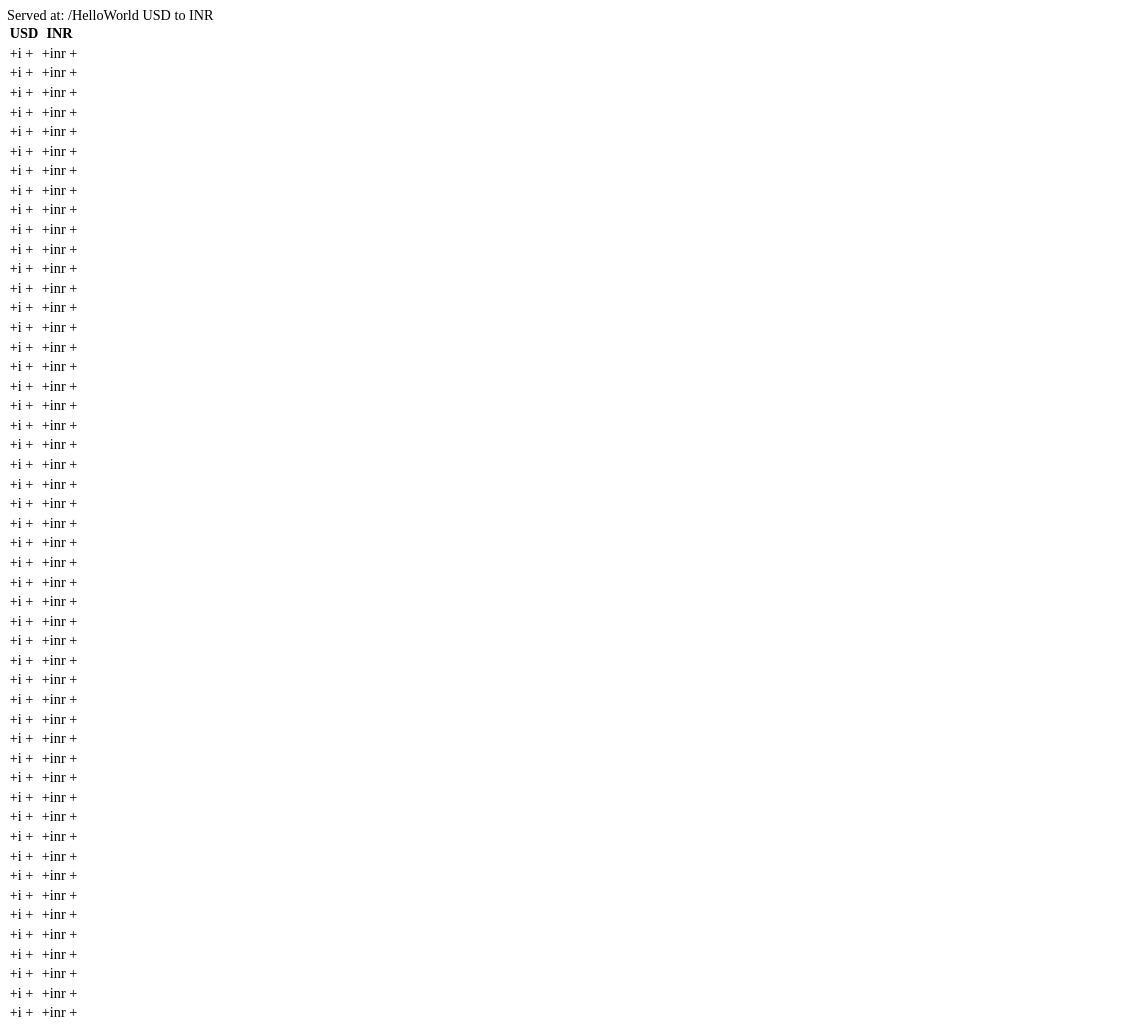
Repository: ajlazy/Day10
Page: http://localhost/HelloWorld/CurrencyConverterServlet
An editor plug-in stored every save of this project. The page is shown before and after the next save, followed by the edit.
The browser window is 1280 px wide. The pictures show the whole page, at 89% of full size.
The page is served by Tomcat 9. Other server files are loaded and not shown.

Above is the page before, as saved 2018-09-06 04:39:56.

### HelloWorld/src/com/capgemini/controller/CurrencyConverterServlet.java
package com.capgemini.controller;

import java.io.IOException;
import java.io.PrintWriter;

import javax.servlet.ServletException;
import javax.servlet.annotation.WebServlet;
import javax.servlet.http.HttpServlet;
import javax.servlet.http.HttpServletRequest;
import javax.servlet.http.HttpServletResponse;

/**
 * Servlet implementation class CurrencyConverterServlet
 */
@WebServlet("/CurrencyConverterServlet")
public class CurrencyConverterServlet extends HttpServlet {
	private static final long serialVersionUID = 1L;

    /**
     * @see HttpServlet#HttpServlet()
     */
    public CurrencyConverterServlet() {
        super();
        // TODO Auto-generated constructor stub
    }
    double inr,usd;

	/**
	 * @see HttpServlet#doGet(HttpServletRequest request, HttpServletResponse response)
	 */
	protected void doGet(HttpServletRequest request, HttpServletResponse response) throws ServletException, IOException {
		response.getWriter().append("Served at: ").append(request.getContextPath());
		response.setContentType("text/html");
		PrintWriter writer=response.getWriter();
        writer.println(" USD to INR");
        writer.println("<table><tr><th>USD</th><th>INR</th></tr>");
        for(int i=1;i<=50;i++)
        {
        	inr=45*i;
        	writer.println("<tr><td> +i +</td><td> +inr +</td></tr>");

        }
        writer.println("</table");



	}



	}

After the next save:
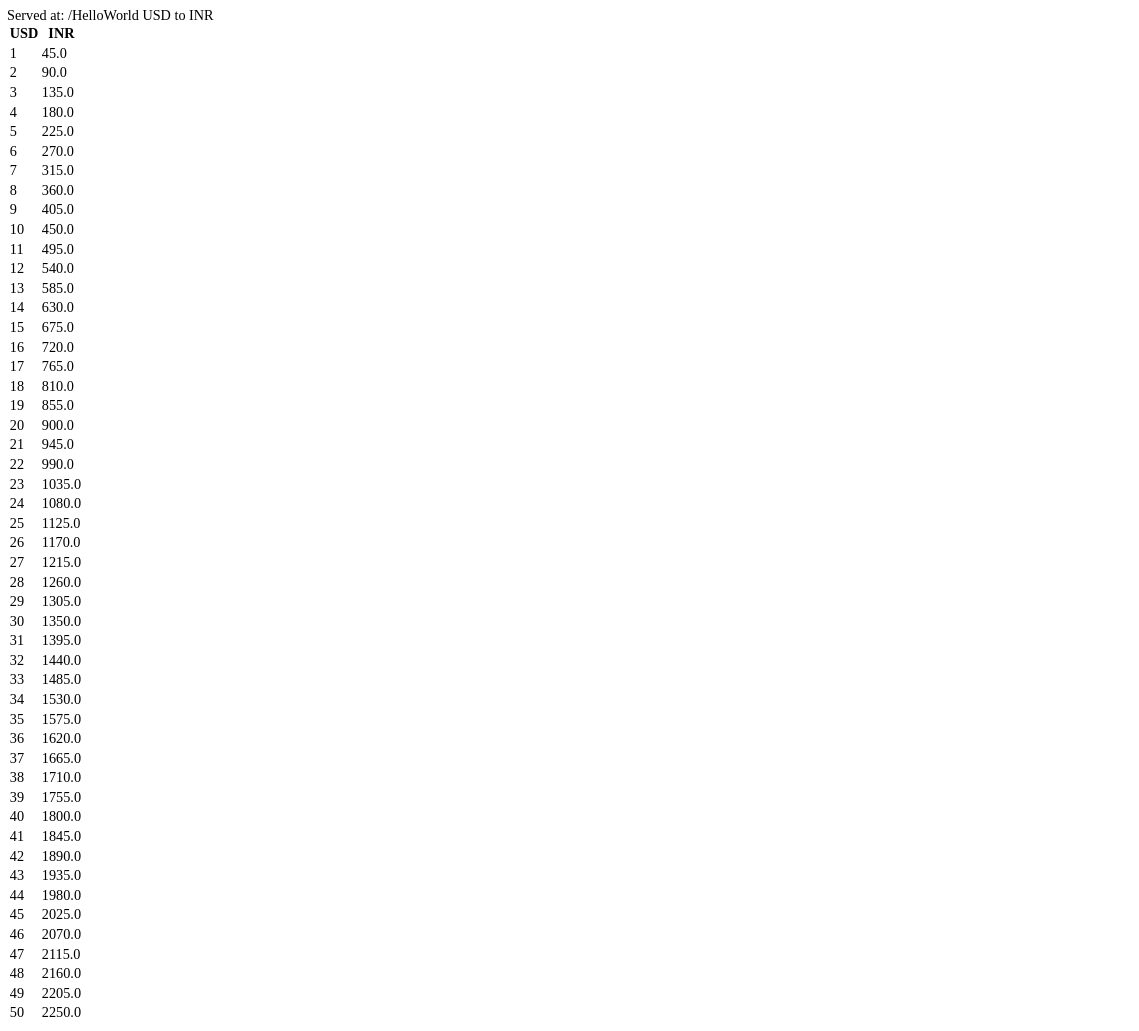
Saved 93 s later.
--- a/HelloWorld/src/com/capgemini/controller/CurrencyConverterServlet.java
+++ b/HelloWorld/src/com/capgemini/controller/CurrencyConverterServlet.java
@@ -37,7 +37,7 @@ public class CurrencyConverterServlet extends HttpServlet {
         for(int i=1;i<=50;i++)
         {
         	inr=45*i;
-        	writer.println("<tr><td> +i +</td><td> +inr +</td></tr>");
+        	writer.println("<tr><td>" +i+"</td><td>" +inr +"</td></tr>");
 
         }
         writer.println("</table");
